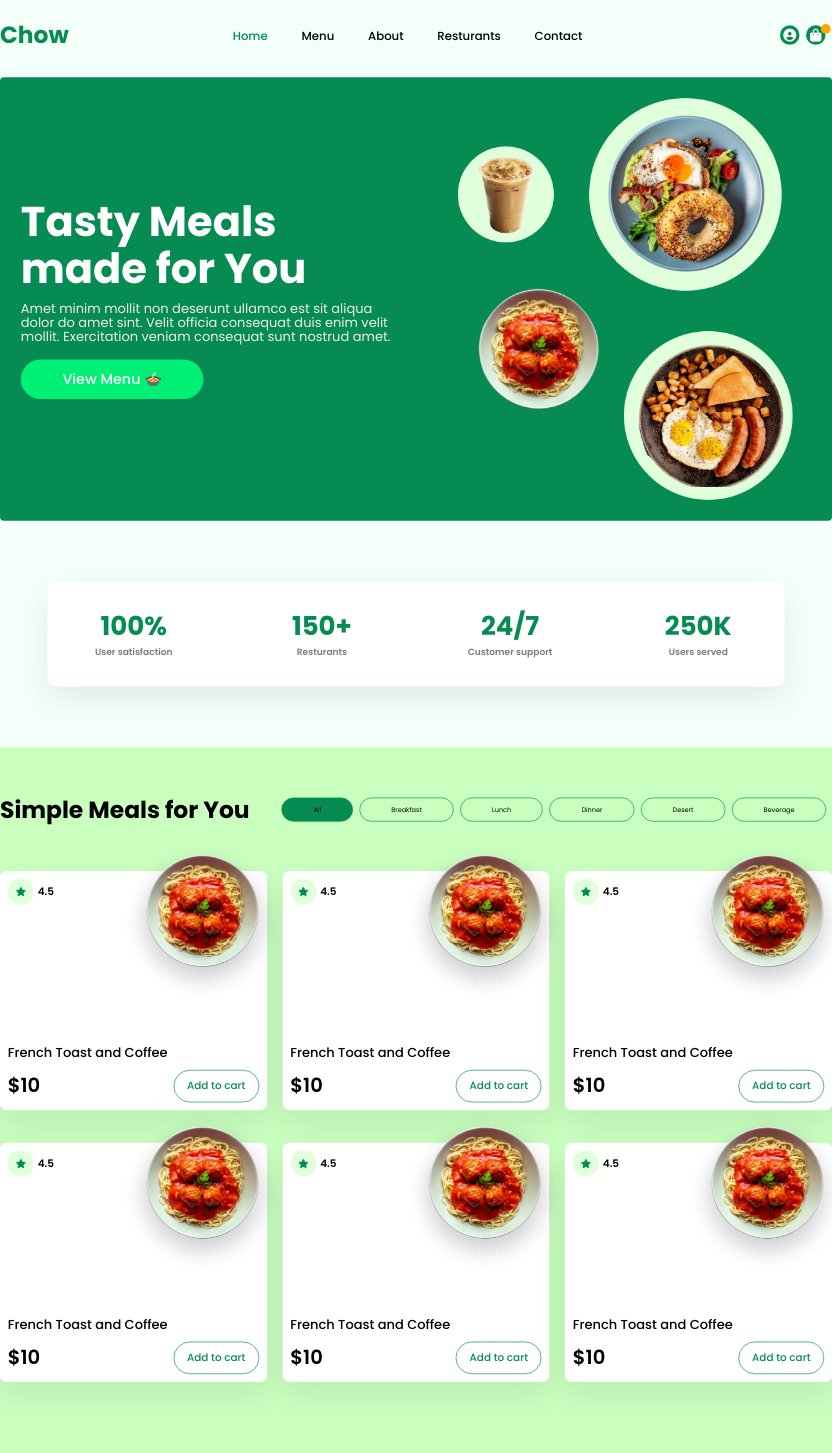
Repository: nguyennam1029/balbal
Page: index.html
An editor plug-in stored every save of this project. The page is shown before and after the next save, followed by the edit.
The browser window is 1280 px wide. The pictures show the whole page, at 65% of full size.
Some web libraries are served in a nearby version.

Above is the page before, as saved 2022-07-01 22:38:01.

After the next save:
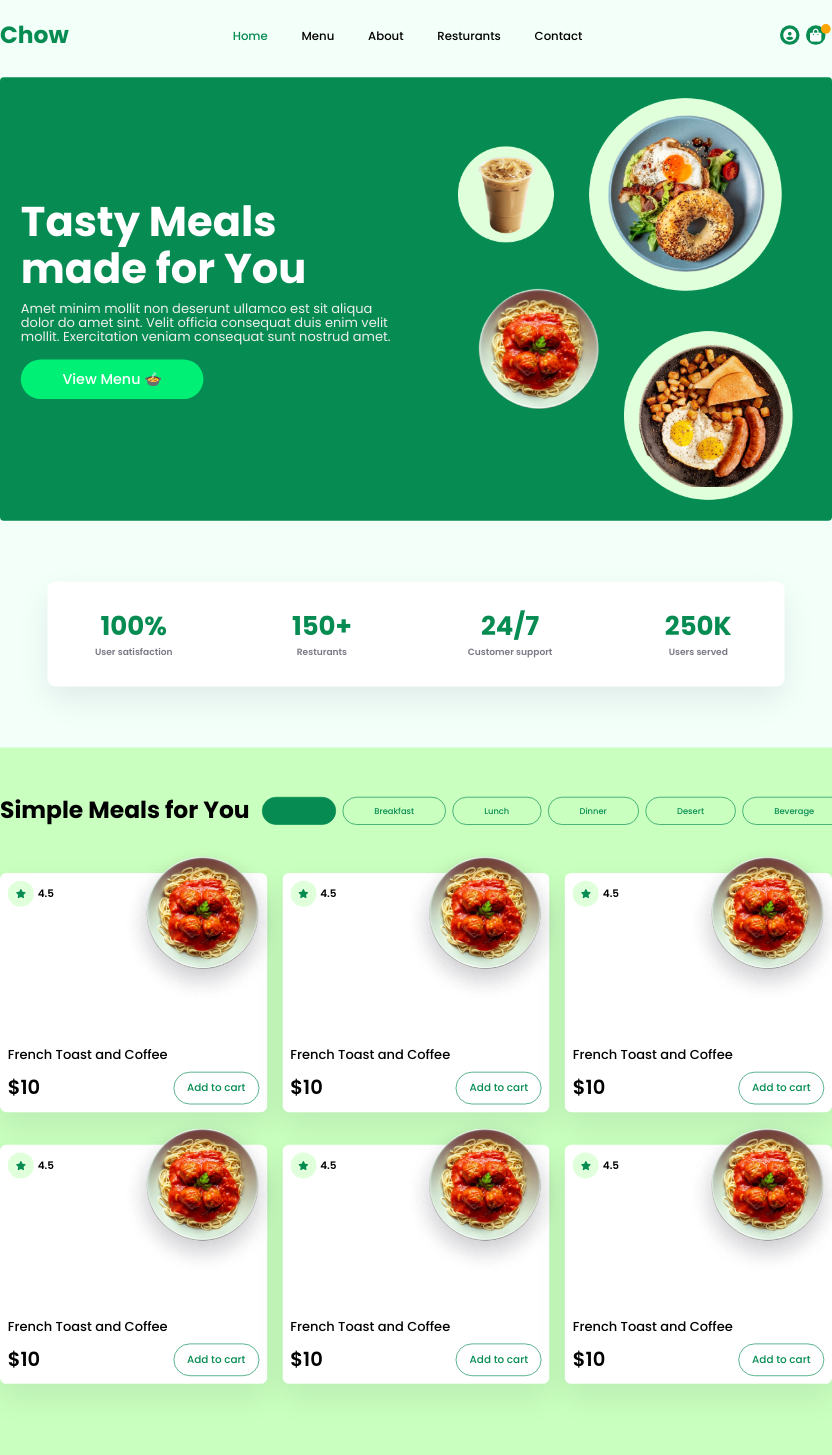
Saved 51 s later.
--- a/css/style.css
+++ b/css/style.css
@@ -258,6 +258,13 @@ ul {
     -moz-transition   : .25s ease-in;
     -ms-transition    : .25s ease-in;
     -o-transition     : .25s ease-in;
+    font-weight       : 500;
+    font-size         : 12.8571px;
+    line-height       : 21px;
+    /* identical to box height, or 167% */
+
+
+    color: #068C52;
 }
 
 .tab-item.active {
